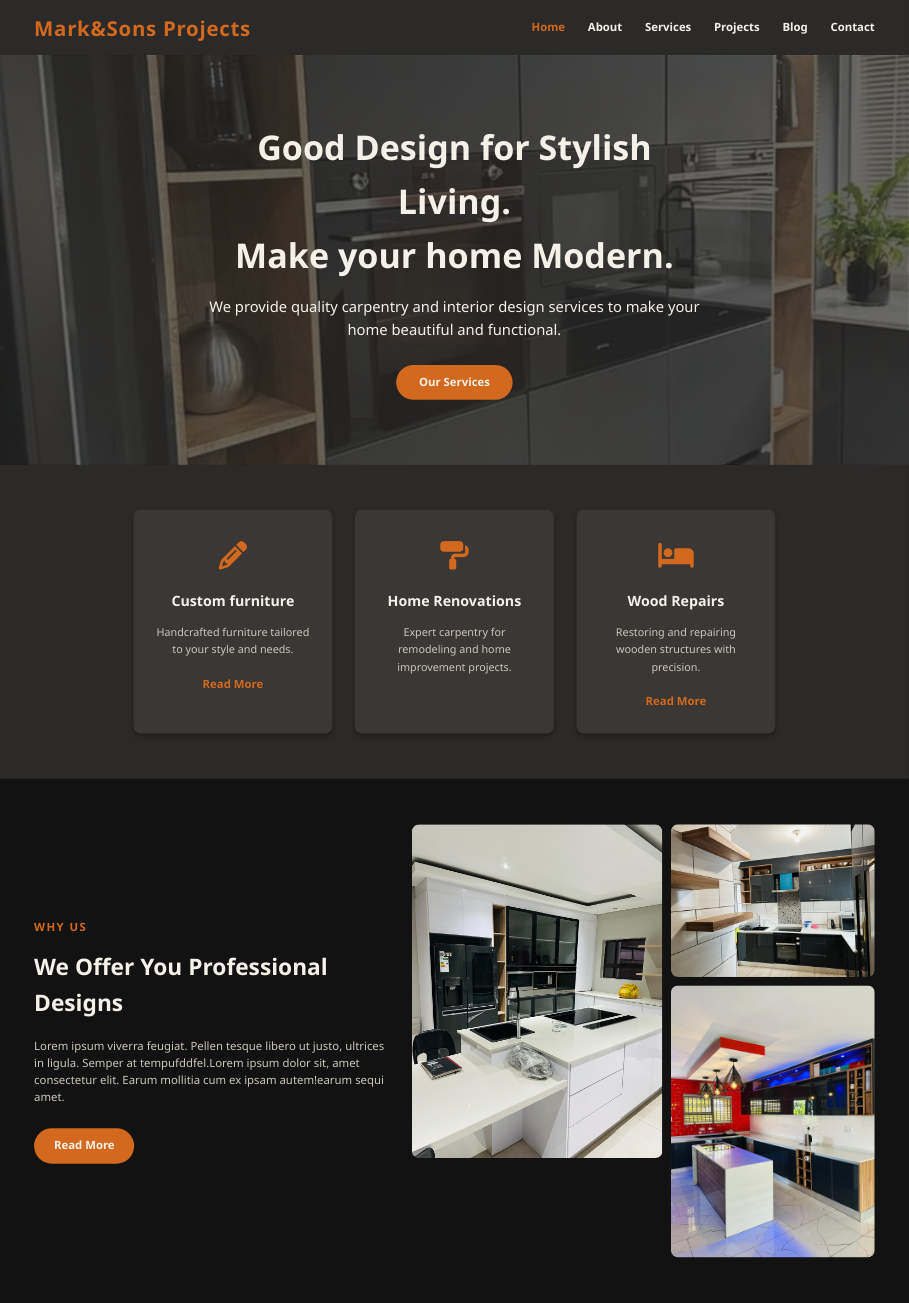
Repository: VallowEvido/Mark-SonsProjects
Page: home.html
The author's editor kept a copy of each file at every save. The page is drawn from the files as they stood at one save, then again after a run of saves.
The browser window is 1280 px wide. The pictures show the whole page, at 71% of full size.

Above is the page before, as saved 2025-07-17 15:01:41.

### home.html
<!DOCTYPE html>
<html lang="en">
<head>
  <meta charset="UTF-8" />
  <meta name="viewport" content="width=device-width, initial-scale=1" />
  <title>Home Interior - Carpentry</title>
  <link rel="stylesheet" href="styles.css" />
  <link rel="stylesheet" href="https://cdnjs.cloudflare.com/ajax/libs/font-awesome/6.4.0/css/all.min.css" />
</head>
<body>
  <nav>
    <div class="logo">Mark&Sons Projects</div>
    <ul>
      <li><a href="#" class="active">Home</a></li>
      <li><a href="#">About</a></li>
      <li><a href="#">Services</a></li>
      <li><a href="#">Projects</a></li>
      <li><a href="#">Blog</a></li>
      <li><a href="#">Contact</a></li>
    </ul>
  </nav>

  <section class="hero">
    <div class="hero-content">
      <h1>Good Design for Stylish Living.<br />Make your home Modern.</h1>
      <p>We provide quality carpentry and interior design services to make your home beautiful and functional.</p>
      <a href="#services" class="btn">Our Services</a>
    </div>
  </section>

  <section id="services" class="services">
    <div class="service-card">
      <div class="service-icon"><i class="fas fa-pencil-alt"></i></div>
      <h3>Custom furniture</h3>
      <p>Handcrafted furniture tailored to your style and needs.</p>
      <a href="#">Read More</a>
    </div>
    <div class="service-card">
      <div class="service-icon"><i class="fas fa-paint-roller"></i></div>
      <h3>Home Renovations</h3>
      <p>Expert carpentry for remodeling and home improvement projects.</p>
    </div>
    <div class="service-card">
      <div class="service-icon"><i class="fas fa-bed"></i></div>
      <h3>Wood Repairs</h3>
      <p>Restoring and repairing wooden structures with precision.</p>
      <a href="#">Read More</a>
    </div>
  </section>

  <section class="why-us">
    <div class="why-us-content">
      <h5>WHY US</h5>
      <h2>We Offer You Professional Designs</h2>
      <p>Lorem ipsum viverra feugiat. Pellen tesque libero ut justo, ultrices in ligula. Semper at tempufddfel.Lorem ipsum dolor sit, amet consectetur elit. Earum mollitia cum ex ipsam autem!earum sequi amet.</p>
      <a href="#" class="btn btn-pink">Read More</a>
    </div>
    <div class="why-us-images">
      <div class="large-image">
        <img src="images/kitchen/IMG-20241116-WA0012.jpg" alt="Interior Design 1" />
      </div>
      <div class="small-images">
        <img src="images/kitchen/IMG-20241116-WA0014.jpg" alt="Interior Design 2" />
        <img src="images/kitchen/IMG-20241116-WA0015.jpg" alt="Interior Design 3" />
      </div>
    </div>
  </section>
</body>
</html>

### styles.css
/* General Reset and Base */
* {
  margin: 0;
  padding: 0;
  box-sizing: border-box;
  font-family: 'Segoe UI', Tahoma, Geneva, Verdana, sans-serif;
}

body {
  background-color: #1e1e1e; /* Dark background */
  color: #f5f1e9; /* Light beige text */
  line-height: 1.6;
}

/* Navigation Bar */
nav {
  background-color: #2c2a29; /* Dark charcoal */
  display: flex;
  justify-content: space-between;
  align-items: center;
  padding: 1rem 3rem;
  position: sticky;
  top: 0;
  z-index: 1000;
}

nav .logo {
  font-size: 1.8rem;
  font-weight: bold;
  color: #d2691e; /* Warm brown */
  letter-spacing: 1px;
}

nav ul {
  list-style: none;
  display: flex;
  gap: 2rem;
}

nav ul li a {
  color: #f5f1e9;
  text-decoration: none;
  font-weight: 600;
  transition: color 0.3s ease;
}

nav ul li a:hover,
nav ul li a.active {
  color: #d2691e; /* Warm brown highlight */
}

/* Hero Section */
.hero {
  background: url('images/kitchen/kich.jpg') no-repeat center center/cover;
  height: 80vh;
  display: flex;
  flex-direction: column;
  justify-content: center;
  align-items: center;
  text-align: center;
  padding: 0 2rem;
  position: relative;
}

.hero::after {
  content: "";
  position: absolute;
  top: 0; left: 0; right: 0; bottom: 0;
  background-color: rgba(44, 42, 41, 0.7); /* Overlay for readability */
  z-index: 1;
}

.hero-content {
  position: relative;
  z-index: 2;
  color: #f5f1e9;
  max-width: 700px;
}

.hero-content h1 {
  font-size: 3rem;
  margin-bottom: 1rem;
  font-weight: 700;
}

.hero-content p {
  font-size: 1.3rem;
  margin-bottom: 2rem;
}

.hero-content .btn {
  background-color: #d2691e;
  color: #f5f1e9;
  padding: 0.75rem 2rem;
  border: none;
  border-radius: 25px;
  font-size: 1rem;
  cursor: pointer;
  font-weight: 600;
  transition: background-color 0.3s ease;
  text-decoration: none;
  display: inline-block;
}

.hero-content .btn:hover {
  background-color: #b35414;
}

/* Services Section */
.services {
  background-color: #2c2a29;
  padding: 4rem 2rem;
  display: flex;
  justify-content: center;
  gap: 2rem;
  flex-wrap: wrap;
}

.service-card {
  background-color: #3a3735;
  padding: 2rem;
  border-radius: 10px;
  width: 280px;
  text-align: center;
  box-shadow: 0 4px 8px rgba(0,0,0,0.3);
  transition: transform 0.3s ease;
}

.service-card:hover {
  transform: translateY(-10px);
}

.service-icon {
  font-size: 2.5rem;
  color: #d2691e;
  margin-bottom: 1rem;
}

.service-card h3 {
  margin-bottom: 1rem;
  font-size: 1.25rem;
  font-weight: 700;
}

.service-card p {
  font-size: 0.95rem;
  margin-bottom: 1.5rem;
  color: #ccc6bb;
}

.service-card a {
  color: #d2691e;
  font-weight: 600;
  text-decoration: none;
  border-bottom: 2px solid transparent;
  transition: border-color 0.3s ease;
}

.service-card a:hover {
  border-color: #d2691e;
}

/* Responsive */
@media (max-width: 900px) {
  .services {
    flex-direction: column;
    align-items: center;
  }
  .service-card {
    width: 90%;
    max-width: 400px;
  }
}

/* WHY US Section */
.why-us {
  background-color: #121212;
  color: #f5f1e9;
  display: flex;
  justify-content: space-between;
  align-items: center;
  padding: 4rem 3rem;
  gap: 2rem;
  flex-wrap: wrap;
}

.why-us-content {
  flex: 1 1 400px;
  max-width: 500px;
}

.why-us-content h5 {
  color: #d2691e;
  font-weight: 700;
  letter-spacing: 2px;
  margin-bottom: 1rem;
  font-size: 1rem;
}

.why-us-content h2 {
  font-size: 2rem;
  margin-bottom: 1.5rem;
  font-weight: 700;
}

.why-us-content p {
  font-size: 1rem;
  margin-bottom: 2rem;
  color: #ccc6bb;
  line-height: 1.5;
}

.why-us-content .btn-pink {
  background-color: #d2691e;
  padding: 0.75rem 1.75rem;
  border-radius: 25px;
  color: #f5f1e9;
  font-weight: 600;
  text-decoration: none;
  display: inline-block;
  transition: background-color 0.3s ease;
}

.why-us-content .btn-pink:hover {
  background-color: #b35414;
}

.why-us-images {
  flex: 1 1 300px;
  display: flex;
  gap: 0.75rem;
  flex-wrap: wrap;
  justify-content: center;
}

.large-image {
  flex: 1 1 50%;
  border-radius: 10px;
  overflow: hidden;
}

.large-image img {
  width: 100%;
  height: auto;
  display: block;
  border-radius: 10px;
}

.small-images {
  flex: 1 1 40%;
  display: flex;
  flex-direction: column;
  gap: 0.75rem;
}

.small-images img {
  width: 100%;
  height: auto;
  border-radius: 10px;
  display: block;
}

/* Responsive */
@media (max-width: 900px) {
  .why-us {
    flex-direction: column;
    padding: 2rem 1rem;
  }
  .why-us-content, .why-us-images {
    max-width: 100%;
    flex: 1 1 100%;
  }
  .large-image, .small-images {
    flex: 1 1 100%;
  }
  .small-images {
    flex-direction: row;
  }
  .small-images img {
    width: 50%;
  }
}

After the next 2 saves:
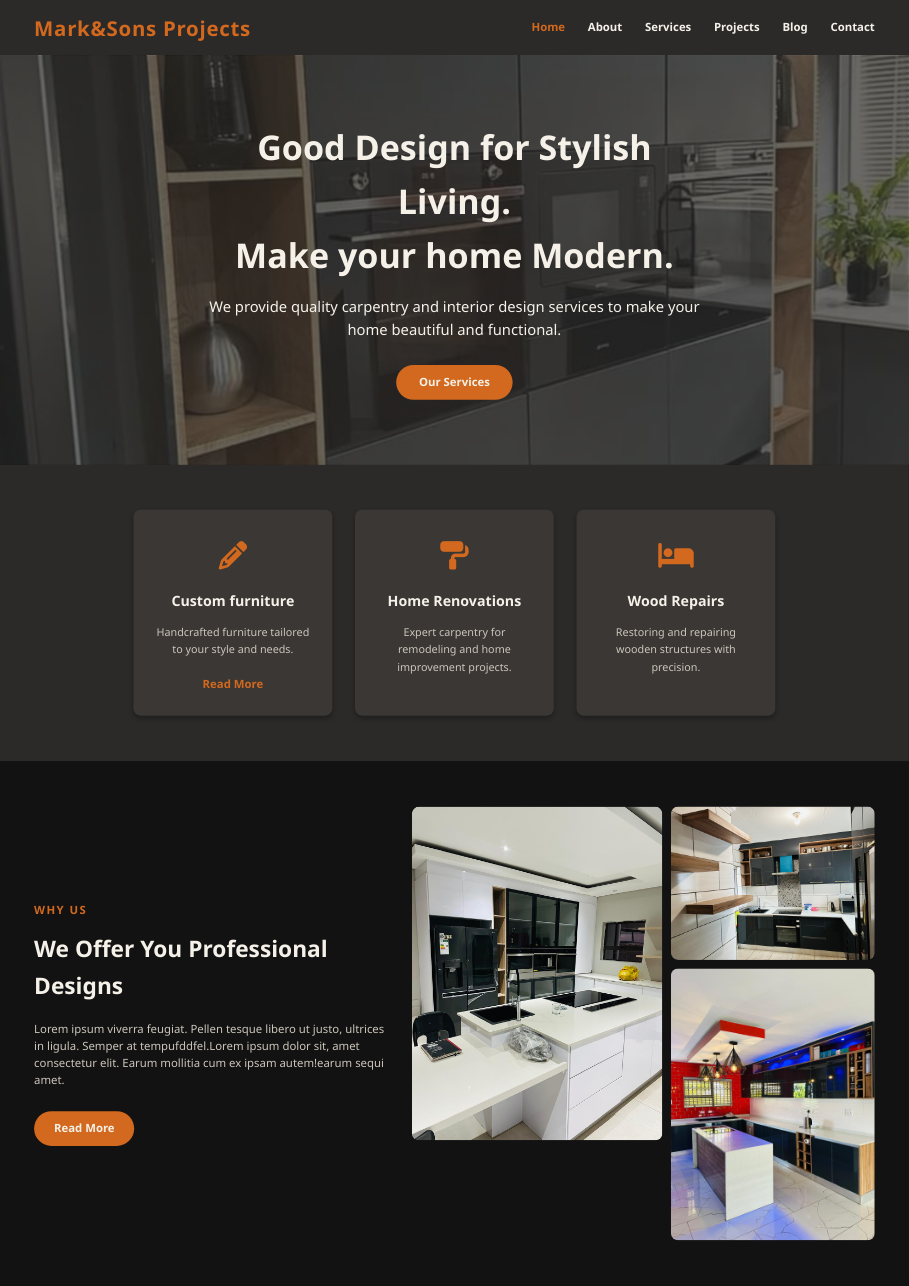
The 2 saves are shown as one change because they came seconds apart.
The last was saved 10 s later.
--- a/home.html
+++ b/home.html
@@ -44,7 +44,6 @@
       <div class="service-icon"><i class="fas fa-bed"></i></div>
       <h3>Wood Repairs</h3>
       <p>Restoring and repairing wooden structures with precision.</p>
-      <a href="#">Read More</a>
     </div>
   </section>
 
